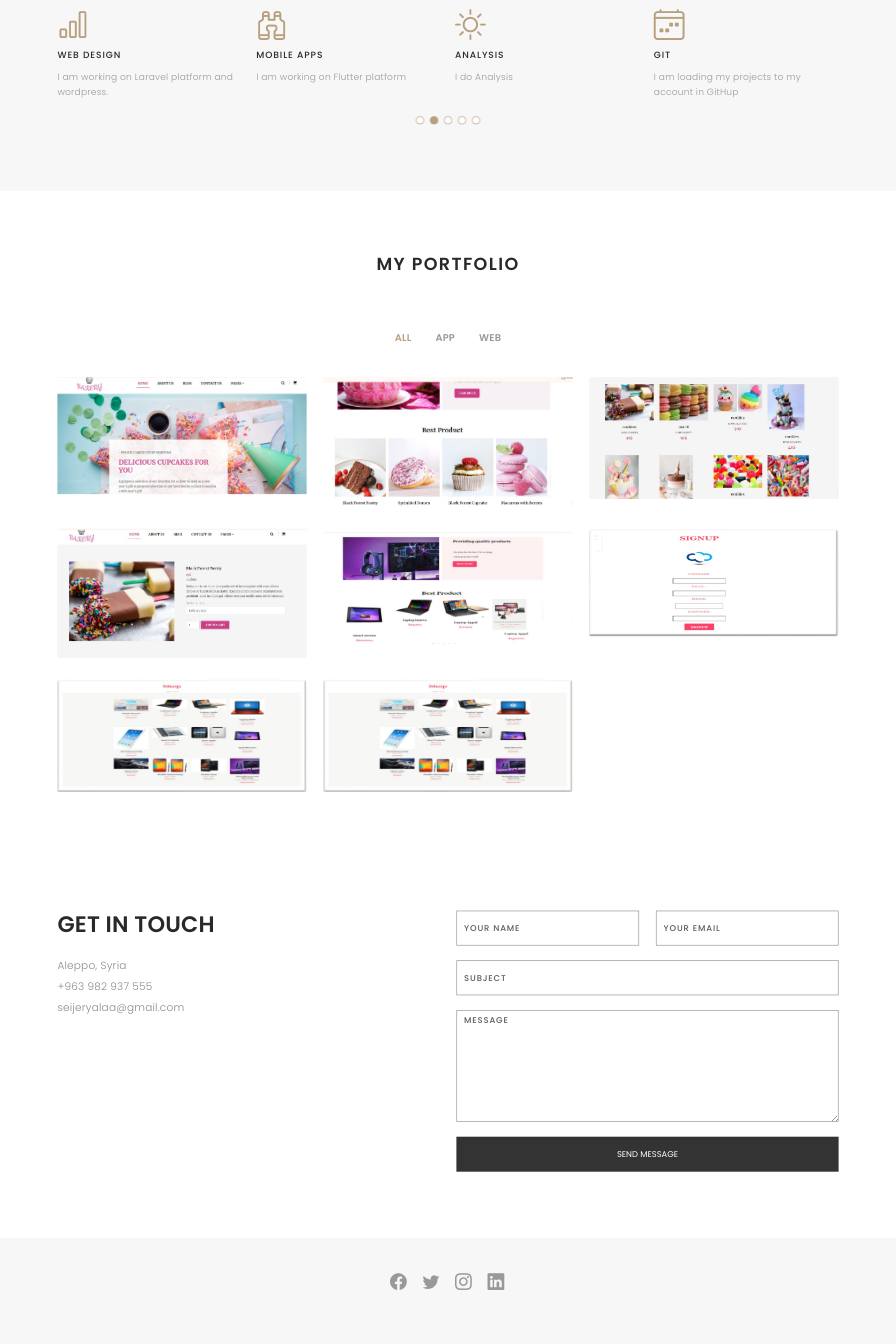
Repository: AlaaBashirSaijary/Library
Page: http://localhost/home
These files come from the project's save history. The page is drawn as it stood at one moment and after the next save; the edit follows.
The browser window is 1280 px wide. The pictures show the part of the page from y = 1327 to 3247 px (the page is 3247 px tall), at 70% of full size.
Some web fonts or font styles are not loaded; a fallback is used. The page is served by the project's Laravel application, run on PHP 8.4 with Laravel 10.

Above is the page before, as saved 2024-01-07 11:48:33.

After the next save:
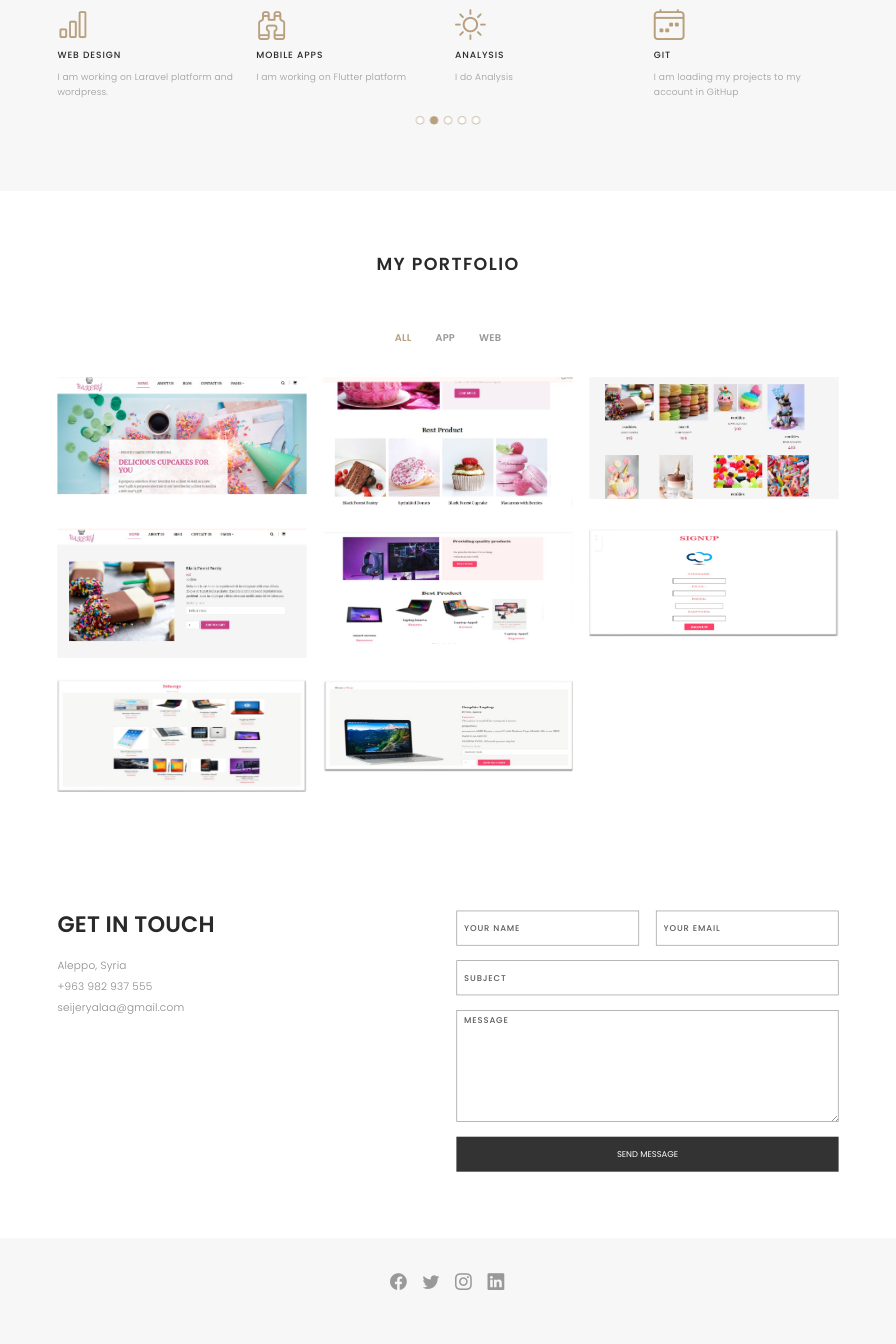
Saved 8 s later.
--- a/resources/views/pages/home.blade.php
+++ b/resources/views/pages/home.blade.php
@@ -196,7 +196,7 @@
             </div>
           </div>
           <div class="col-lg-4 col-md-6 portfolio-item filter-app">
-            <img src="{{ asset('img/portfolio/portfolio-7.jpg') }}" class="img-fluid" alt="">
+            <img src="{{ asset('img/portfolio/portfolio-8.jpg') }}" class="img-fluid" alt="">
             <div class="portfolio-info">
               <h4>Web </h4>
               <p>Web</p>
